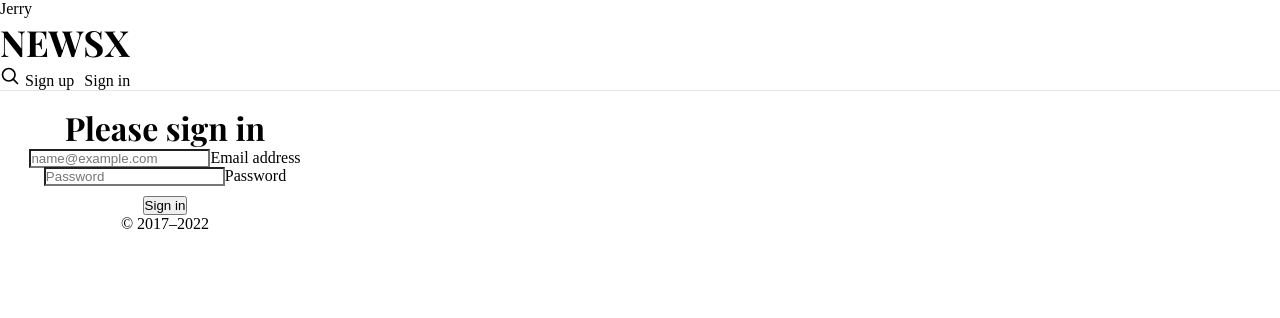
Repository: ofovweewere/newsx
Page: /login
The author's editor kept a copy of each file at every save. The page is drawn from the files as they stood at one save, then again after a run of saves.
The browser window is 1280 px wide. The pictures show the whole page.
The project was rebuilt for these pictures with package versions that can differ from the ones it lists, and the page was loaded fresh each time. Some packages were replaced by stand-ins written for this rebuild. The framework's server and built-in components were replaced by stand-ins that run in the browser. Also part of the build but not shown: next.config.js.

Above is the page before, as saved 2023-01-24 20:17:52.

### pages/_app.js
import "@/styles/globals.css";
import Layout from "../components/Layout";
export default function App({ Component, pageProps }) {
  return (
    <Layout>
      <Component {...pageProps} />
    </Layout>
  );
}

### pages/login/index.js
const Login = (props) => {
  return (
    <main className="form-signin w-100 m-auto">
      <form>
        <h1 className="h3 mb-3 fw-normal">Please sign in</h1>

        <div className="form-floating">
          <input
            type="email"
            className="form-control"
            id="floatingInput"
            placeholder="name@example.com"
          />
          <label for="floatingInput">Email address</label>
        </div>
        <div className="form-floating">
          <input
            type="password"
            className="form-control"
            id="floatingPassword"
            placeholder="Password"
          />
          <label for="floatingPassword">Password</label>
        </div>

        <button className="w-100 btn btn-lg btn-primary" type="submit">
          Sign in
        </button>
        <p className="mt-5 mb-3 text-muted">&copy; 2017–2022</p>
      </form>
    </main>
  );
};

export default Login;

### styles/globals.css
:root {
  --max-width: 1100px;
  --border-radius: 12px;
  --font-mono: ui-monospace, Menlo, Monaco, "Cascadia Mono", "Segoe UI Mono",
    "Roboto Mono", "Oxygen Mono", "Ubuntu Monospace", "Source Code Pro",
    "Fira Mono", "Droid Sans Mono", "Courier New", monospace;

  --foreground-rgb: 0, 0, 0;
  --background-start-rgb: 214, 219, 220;
  --background-end-rgb: 255, 255, 255;

  --primary-glow: conic-gradient(
    from 180deg at 50% 50%,
    #16abff33 0deg,
    #0885ff33 55deg,
    #54d6ff33 120deg,
    #0071ff33 160deg,
    transparent 360deg
  );
  --secondary-glow: radial-gradient(
    rgba(255, 255, 255, 1),
    rgba(255, 255, 255, 0)
  );

  --tile-start-rgb: 239, 245, 249;
  --tile-end-rgb: 228, 232, 233;
  --tile-border: conic-gradient(
    #00000080,
    #00000040,
    #00000030,
    #00000020,
    #00000010,
    #00000010,
    #00000080
  );

  --callout-rgb: 238, 240, 241;
  --callout-border-rgb: 172, 175, 176;
  --card-rgb: 180, 185, 188;
  --card-border-rgb: 131, 134, 135;
}

@media (prefers-color-scheme: dark) {
  :root {
    --foreground-rgb: 255, 255, 255;
    --background-start-rgb: 0, 0, 0;
    --background-end-rgb: 0, 0, 0;

    --primary-glow: radial-gradient(rgba(1, 65, 255, 0.4), rgba(1, 65, 255, 0));
    --secondary-glow: linear-gradient(
      to bottom right,
      rgba(1, 65, 255, 0),
      rgba(1, 65, 255, 0),
      rgba(1, 65, 255, 0.3)
    );

    --tile-start-rgb: 2, 13, 46;
    --tile-end-rgb: 2, 5, 19;
    --tile-border: conic-gradient(
      #ffffff80,
      #ffffff40,
      #ffffff30,
      #ffffff20,
      #ffffff10,
      #ffffff10,
      #ffffff80
    );

    --callout-rgb: 20, 20, 20;
    --callout-border-rgb: 108, 108, 108;
    --card-rgb: 100, 100, 100;
    --card-border-rgb: 200, 200, 200;
  }
}

* {
  box-sizing: border-box;
  padding: 0;
  margin: 0;
}

html,
body {
  max-width: 100vw;
  overflow-x: hidden;
  min-height: 100vh;
}

body {
  color: rgb(var(--foreground-rgb));
  /* background: linear-gradient(
      to bottom,
      transparent,
      rgb(var(--background-end-rgb))
    )
    rgb(var(--background-start-rgb)); */
}

a {
  color: inherit;
  text-decoration: none;
}

@media (prefers-color-scheme: dark) {
  html {
    color-scheme: dark;
  }
}

/* stylelint-disable selector-list-comma-newline-after */

.blog-header {
  border-bottom: 1px solid #e5e5e5;
}

.blog-header-logo {
  font-family: "Playfair Display", Georgia, "Times New Roman",
    serif /*rtl:Amiri, Georgia, "Times New Roman", serif*/;
  font-size: 2.25rem;
}

.blog-header-logo:hover {
  text-decoration: none;
}

h1,
h2,
h3,
h4,
h5,
h6 {
  font-family: "Playfair Display", Georgia, "Times New Roman",
    serif /*rtl:Amiri, Georgia, "Times New Roman", serif*/;
}

.display-4 {
  font-size: 2.5rem;
}
@media (min-width: 768px) {
  .display-4 {
    font-size: 3rem;
  }
}

.flex-auto {
  flex: 0 0 auto;
}

.h-250 {
  height: 250px;
}
@media (min-width: 768px) {
  .h-md-250 {
    height: 250px;
  }
}

/* Pagination */
.blog-pagination {
  margin-bottom: 4rem;
}

/*
 * Blog posts
 */
.blog-post {
  margin-bottom: 4rem;
}
.blog-post-title {
  font-size: 2.5rem;
}
.blog-post-meta {
  margin-bottom: 1.25rem;
  color: #727272;
}

/*
 * Footer
 */
.blog-footer {
  padding: 2.5rem 0;
  color: #727272;
  text-align: center;
  background-color: #f9f9f9;
  border-top: 0.05rem solid #e5e5e5;
}
.blog-footer p:last-child {
  margin-bottom: 0;
}

/*Login css*/
/* html,
body {
  height: 100%;
}

body {
  display: flex;
  align-items: center;
  padding-top: 40px;
  padding-bottom: 40px;
  background-color: #f5f5f5;
} */

.form-signin {
  max-width: 330px;
  padding: 15px;
}

.form-signin .form-floating:focus-within {
  z-index: 2;
}

.form-signin input[type="email"] {
  margin-bottom: -1px;
  border-bottom-right-radius: 0;
  border-bottom-left-radius: 0;
}

.form-signin input[type="password"] {
  margin-bottom: 10px;
  border-top-left-radius: 0;
  border-top-right-radius: 0;
}

.form-signin {
  text-align: center;
}

### components/Layout/index.js
import Header from "../Header";
import Head from "next/head";
const Layout = ({ children }) => {
  return (
    <>
      <Head>
        <link
          href="https://getbootstrap.com/docs/5.3/dist/css/bootstrap.min.css"
          rel="stylesheet"
          integrity="sha384-GLhlTQ8iRABdZLl6O3oVMWSktQOp6b7In1Zl3/Jr59b6EGGoI1aFkw7cmDA6j6gD"
          crossorigin="anonymous"
        />
        <link
          href="https://fonts.googleapis.com/css?family=Playfair&#43;Display:700,900&amp;display=swap"
          rel="stylesheet"
        />
      </Head>
      <Header />
      {/* <Navigation /> */}
      {children}
    </>
  );
};

export default Layout;

### components/Header/index.js
import Link from "next/link";
const Header = (props) => {
  return (
    <div className="container">
      <header className="blog-header lh-1 py-3">
        <div className="row flex-nowrap justify-content-between align-items-center">
          <div className="col-4 pt-1">
            <Link href={`/profile`} legacyBehavior>
              <a className="link-secondary" href="#">
                Jerry
              </a>
            </Link>
          </div>
          <div className="col-4 text-center">
            <Link href={`/`} legacyBehavior>
              <a className="blog-header-logo text-dark" href="#">
                NEWSX
              </a>
            </Link>
          </div>
          <div className="col-4 d-flex justify-content-end align-items-center">
            <a className="link-secondary" href="#" aria-label="Search">
              <svg
                xmlns="http://www.w3.org/2000/svg"
                width="20"
                height="20"
                fill="none"
                stroke="currentColor"
                strokeLinecap="round"
                strokeLinejoin="round"
                strokeWidth="2"
                className="mx-3"
                role="img"
                viewBox="0 0 24 24"
              >
                <title>Search</title>
                <circle cx="10.5" cy="10.5" r="7.5" />
                <path d="M21 21l-5.2-5.2" />
              </svg>
            </a>
            <Link href="/signup" legacyBehavior>
              <a
                className="btn btn-sm btn-outline-secondary user-login-btn"
                href="#"
              >
                Sign up
              </a>
            </Link>
            <Link href="/login" legacyBehavior>
              <a
                className="btn btn-sm btn-outline-secondary user-login-btn"
                href="#"
              >
                Sign in
              </a>
            </Link>
          </div>
        </div>
      </header>

      <style jsx>{`
        .bd-placeholder-img {
          font-size: 1.125rem;
          text-anchor: middle;
          -webkit-user-select: none;
          -moz-user-select: none;
          user-select: none;
        }

        @media (min-width: 768px) {
          .bd-placeholder-img-lg {
            font-size: 3.5rem;
          }
        }

        .b-example-divider {
          height: 3rem;
          background-color: rgba(0, 0, 0, 0.1);
          border: solid rgba(0, 0, 0, 0.15);
          border-width: 1px 0;
          box-shadow: inset 0 0.5em 1.5em rgba(0, 0, 0, 0.1),
            inset 0 0.125em 0.5em rgba(0, 0, 0, 0.15);
        }

        .b-example-vr {
          flex-shrink: 0;
          width: 1.5rem;
          height: 100vh;
        }

        .bi {
          vertical-align: -0.125em;
          fill: currentColor;
        }

        .nav-scroller {
          position: relative;
          z-index: 2;
          height: 2.75rem;
          overflow-y: hidden;
        }

        .nav-scroller .nav {
          display: flex;
          flex-wrap: nowrap;
          padding-bottom: 1rem;
          margin-top: -1px;
          overflow-x: auto;
          text-align: center;
          white-space: nowrap;
          -webkit-overflow-scrolling: touch;
        }

        .user-login-btn {
          margin: 0 5px;
        }
      `}</style>
    </div>
  );
};

export default Header;

Loaded but not shown: pages/_document.js (common file)

After the next 2 saves:
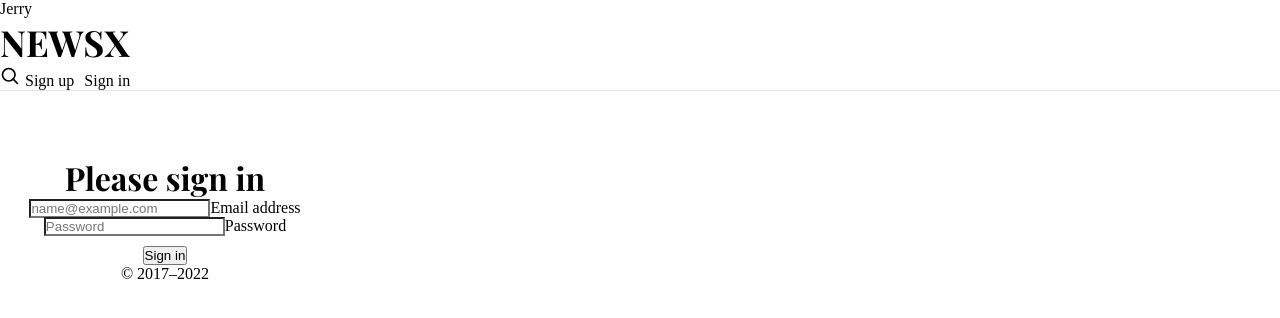
The 2 saves are shown as one change because 1 did not build or start.
The last was saved 69 s later.
--- a/pages/login/index.js
+++ b/pages/login/index.js
@@ -1,7 +1,11 @@
 const Login = (props) => {
   return (
     <main className="form-signin w-100 m-auto">
-      <form>
+      <form
+        style={{
+          margin: "50px 0",
+        }}
+      >
         <h1 className="h3 mb-3 fw-normal">Please sign in</h1>
 
         <div className="form-floating">
